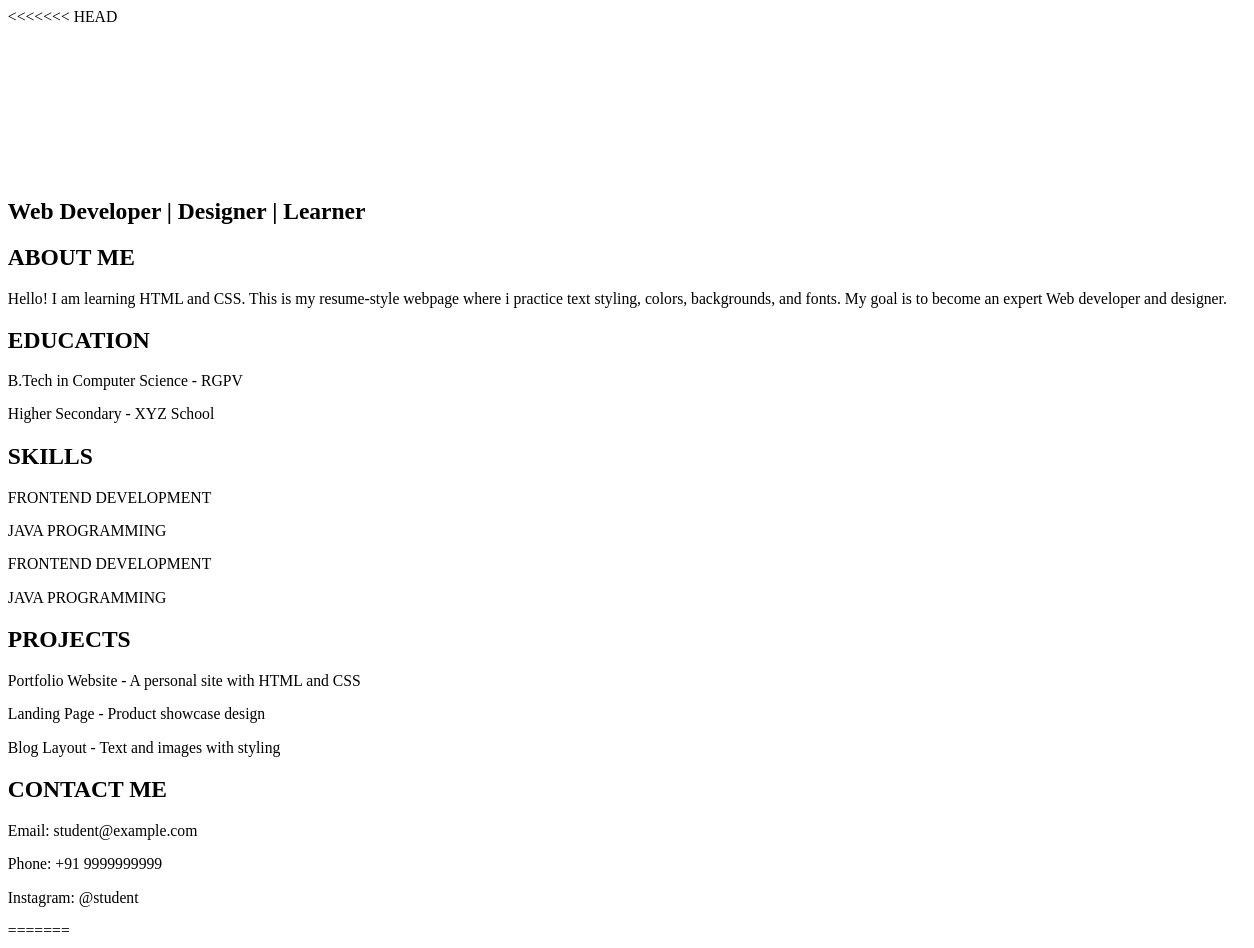
Repository: dishagiri23/sheryians
Page: day 11/index.html
An editor plug-in stored every save of this project. The page is shown before and after a run of saves, followed by the edit.
The browser window is 1280 px wide. The pictures show the whole page, at 98% of full size.

Above is the page before, as saved 2025-11-12 20:46:48.

After the next 4 saves:
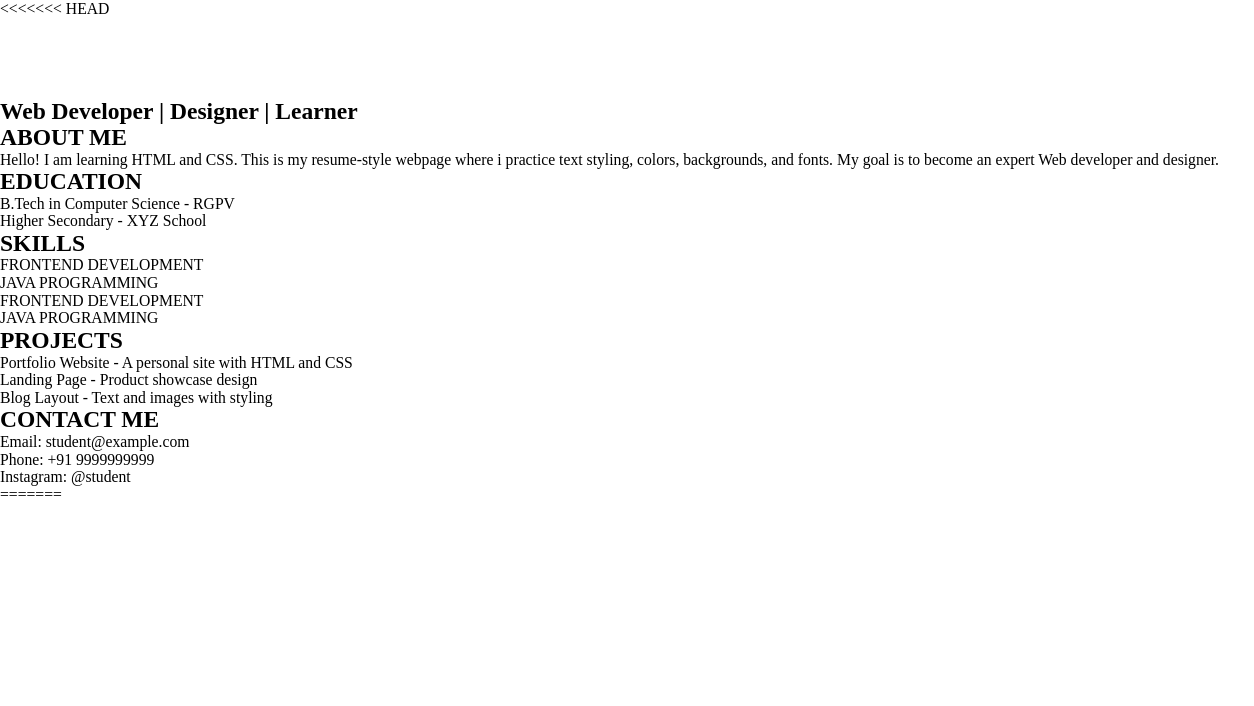
The 4 saves are shown as one change because they came seconds apart.
The last was saved 11 s later.
--- a/day 11/style.css
+++ b/day 11/style.css
@@ -1,6 +1,7 @@
 *{
-
-}
+    margin: 0;
+    padding: 0;
+    box-sizing: border-box;}
 #hero{
     height: 100vh;
     background-image: url(photo-1712397943847-e104395a1a8b.avif);
